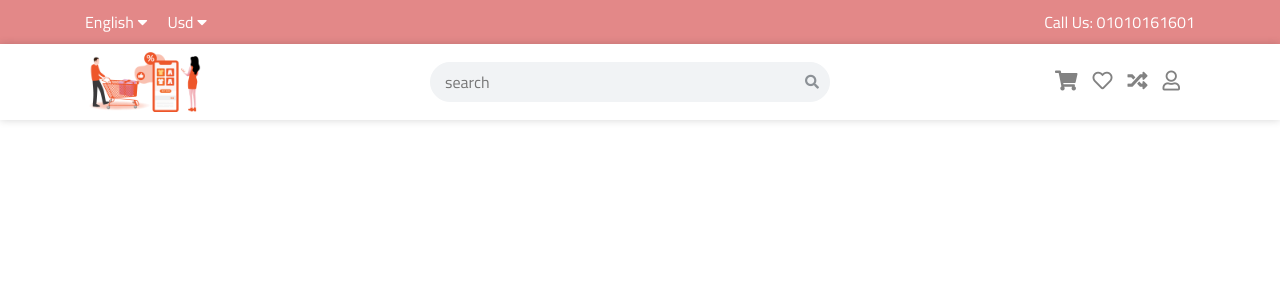
Repository: amrh20/ecommerce-temp
Page: src/index.html
The author's editor kept a copy of each file at every save. The page is drawn from the files as they stood at one save, then again after the next save.
The browser window is 1280 px wide. The pictures show the whole page.
The style sheet was rebuilt from its Sass, Less or Tailwind sources for each picture, by a compiler version that may differ from the author's.

Above is the page before, as saved 2020-01-19 10:21:48.

After the next save:
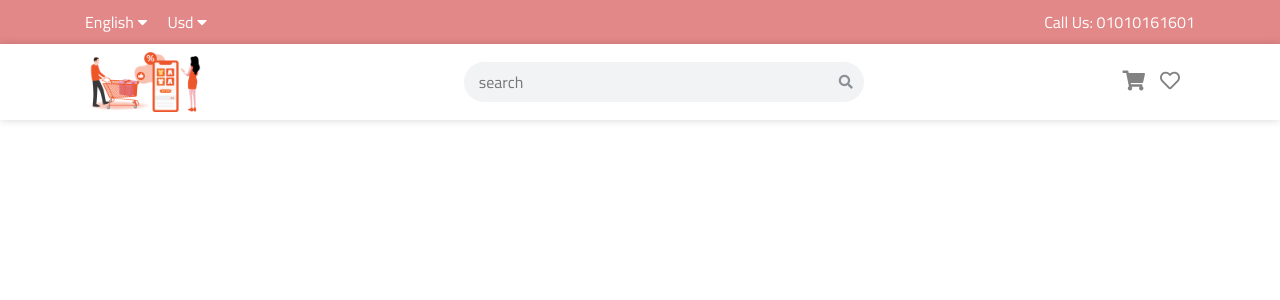
Saved 48 s later.
--- a/src/index.html
+++ b/src/index.html
@@ -158,45 +158,7 @@
                   <div class="icon_Allcontent">
                     <div class="icon_details">
                       <div class="icon_content">
-                        <div class="product_img">
-                          <img src="./images/product-cart.png" alt="">
-                        </div>
-                        <div class="product_details">
-                          <p class="product_name">Marvelous Modern 3 Seater</p>
-                          <p class="product_price"> 599,00 <span>egb</span> </p>
-                          <p>Qty: <span>1</span></p>
-                        </div>
-                        <div class="delete_product">
-                          <i class="fa fa-times"></i>
-                        </div>
-                      </div>
-                      <div class="icon_content">
-                        <div class="product_img">
-                          <img src="./images/product-cart.png" alt="">
-                        </div>
-                        <div class="product_details">
-                          <p class="product_name">Marvelous Modern 3 Seater</p>
-                          <p class="product_price"> 599,00 <span>egb</span> </p>
-                          <p>Qty: <span>1</span></p>
-                        </div>
-                        <div class="delete_product">
-                          <i class="fa fa-times"></i>
-                        </div>
-                      </div>
-                        <div class="icon_content">
-                        <div class="product_img">
-                          <img src="./images/product-cart.png" alt="">
-                        </div>
-                        <div class="product_details">
-                          <p class="product_name">Marvelous Modern 3 Seater</p>
-                          <p class="product_price"> 599,00 <span>egb</span> </p>
-                          <p>Qty: <span>1</span></p>
-                        </div>
-                        <div class="delete_product">
-                          <i class="fa fa-times"></i>
-                        </div>
-                      </div>
-                    </div>
+                  khkjhk
 
 
                     <div class="icon_content-overlay">

After the save that followed:
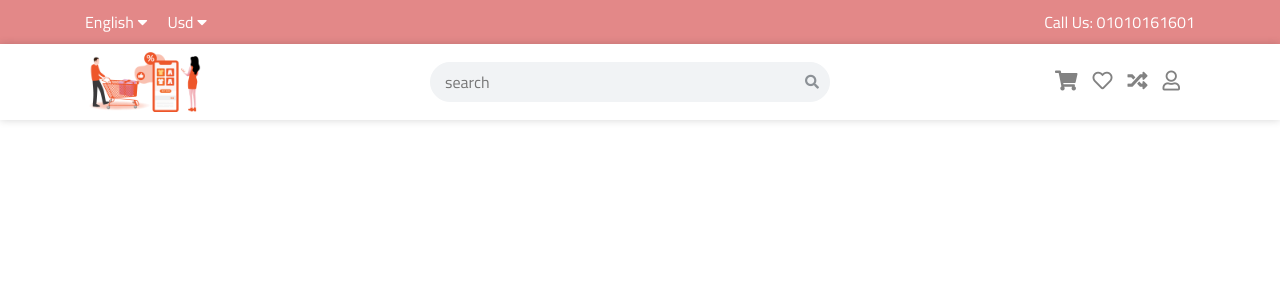
Saved 8 s later.
--- a/src/index.html
+++ b/src/index.html
@@ -158,7 +158,45 @@
                   <div class="icon_Allcontent">
                     <div class="icon_details">
                       <div class="icon_content">
-                  khkjhk
+                        <div class="product_img">
+                          <img src="./images/product-cart.png" alt="">
+                        </div>
+                        <div class="product_details">
+                          <p class="product_name">Marvelous Modern 3 Seater</p>
+                          <p class="product_price"> 599,00 <span>egb</span> </p>
+                          <p>Qty: <span>1</span></p>
+                        </div>
+                        <div class="delete_product">
+                          <i class="fa fa-times"></i>
+                        </div>
+                      </div>
+                      <div class="icon_content">
+                        <div class="product_img">
+                          <img src="./images/product-cart.png" alt="">
+                        </div>
+                        <div class="product_details">
+                          <p class="product_name">Marvelous Modern 3 Seater</p>
+                          <p class="product_price"> 599,00 <span>egb</span> </p>
+                          <p>Qty: <span>1</span></p>
+                        </div>
+                        <div class="delete_product">
+                          <i class="fa fa-times"></i>
+                        </div>
+                      </div>
+                        <div class="icon_content">
+                        <div class="product_img">
+                          <img src="./images/product-cart.png" alt="">
+                        </div>
+                        <div class="product_details">
+                          <p class="product_name">Marvelous Modern 3 Seater</p>
+                          <p class="product_price"> 599,00 <span>egb</span> </p>
+                          <p>Qty: <span>1</span></p>
+                        </div>
+                        <div class="delete_product">
+                          <i class="fa fa-times"></i>
+                        </div>
+                      </div>
+                    </div>
 
 
                     <div class="icon_content-overlay">
